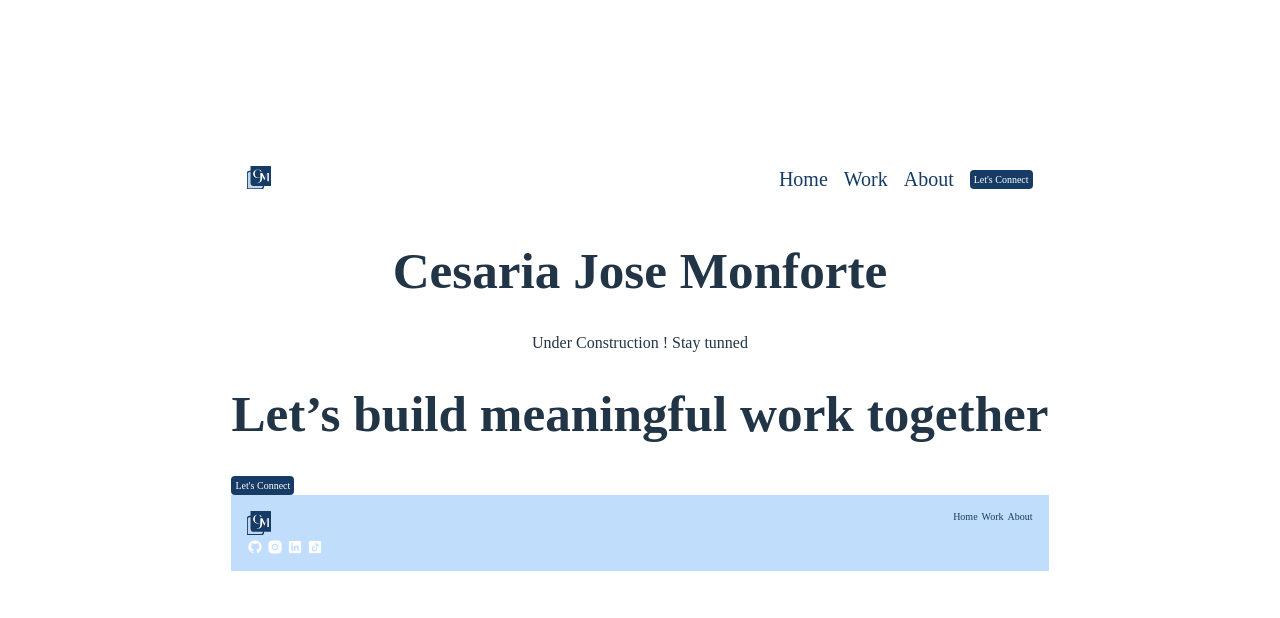
Repository: CesariaMonforte/cesariamonforte
Page: /
An editor plug-in stored every save of this project. The page is shown before and after the next save, followed by the edit.
The browser window is 1280 px wide. The pictures show the whole page.
The project was rebuilt for these pictures with package versions that can differ from the ones it lists, and the page was loaded fresh each time. Also part of the build but not shown: vite.config.js.

Above is the page before, as saved 2026-01-25 14:23:59.

After the next save:
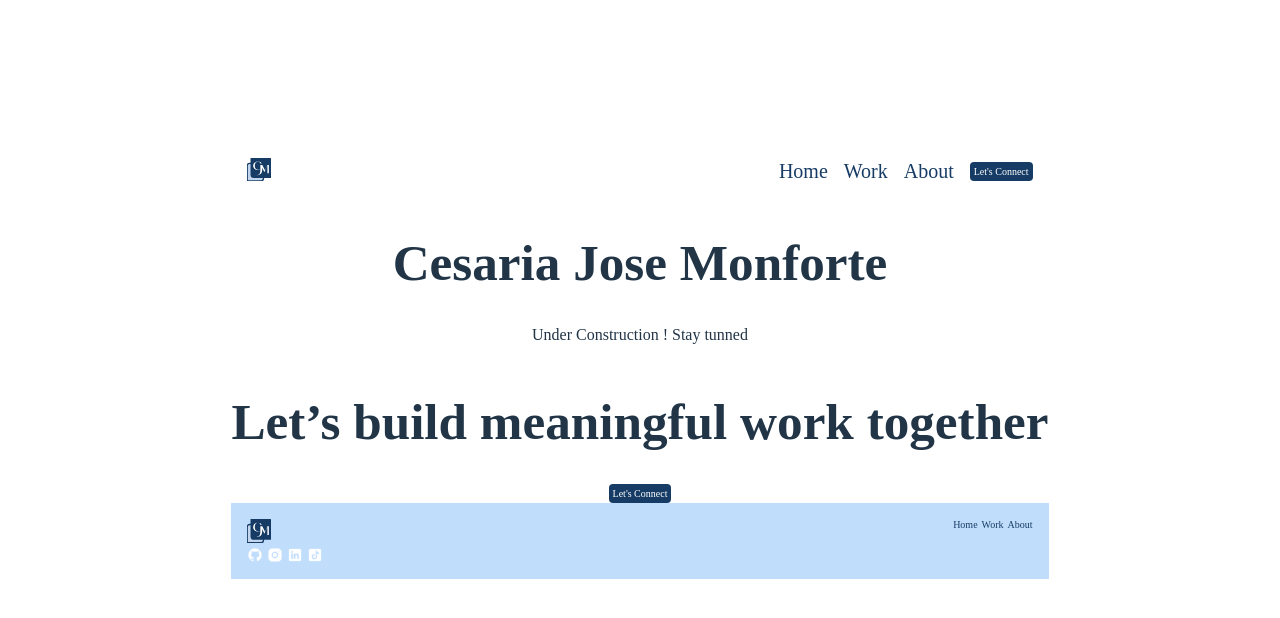
Saved 15 s later.
--- a/src/_ui/ConnectBanner/ConnectBanner.jsx
+++ b/src/_ui/ConnectBanner/ConnectBanner.jsx
@@ -4,8 +4,8 @@ import RegButton from "../RegButton/RegButton";
 
 function ConnectBanner() {
     return (
-        <div classname={styles.banner_container}>
-            <h1 classname={styles.banner_text}>
+        <div className={styles.banner_container}>
+            <h1 className={styles.banner_text}>
                 Let’s build meaningful work together
             </h1>
             <RegButton button_text="Let's Connect" />
